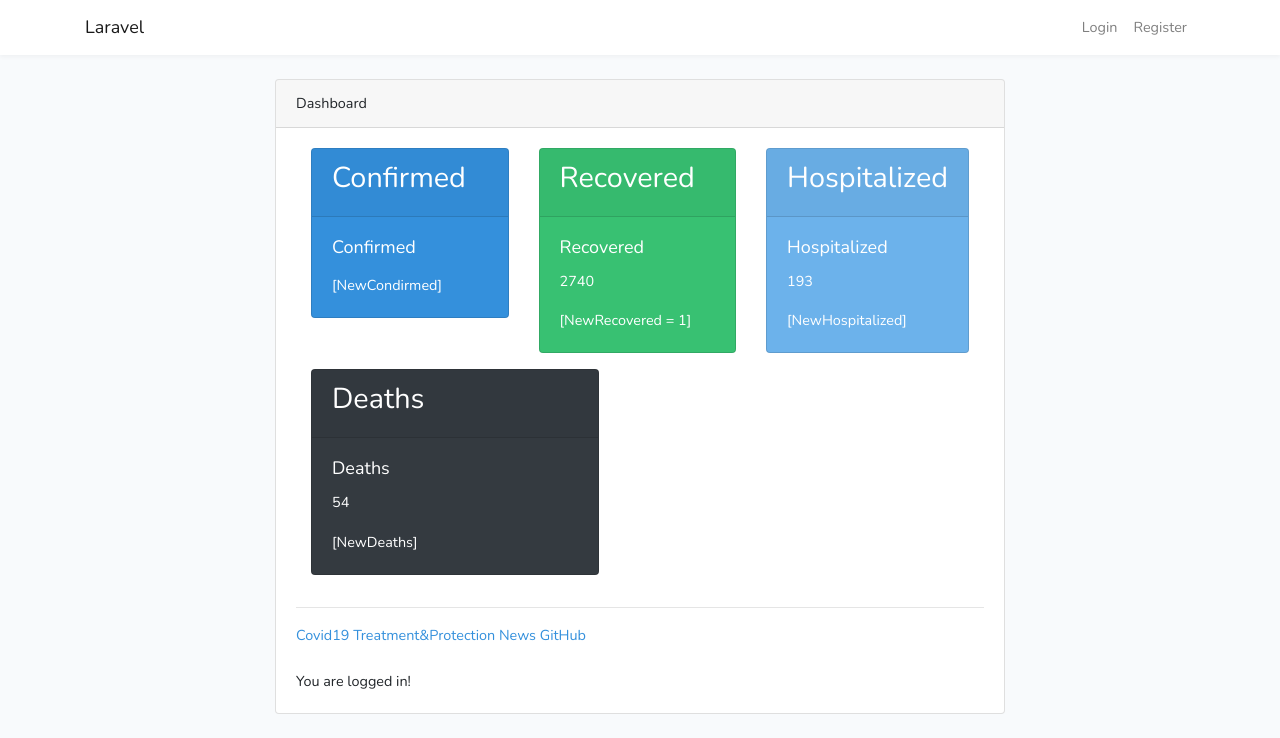
Repository: tlexDett/Covid19Ubon
Page: resources/views/home.blade.php
An editor plug-in stored every save of this project. The page is shown before and after the next save, followed by the edit.
The browser window is 1280 px wide. The pictures show the whole page.
The page is served by the project's Laravel application, run on PHP 8.4 with Laravel 8. Other server files are loaded and not shown. The template is opened directly, without the code that normally fills it, so the values that code supplies are empty.

Above is the page before, as saved 2020-05-06 15:58:13.

### Covid19Ubon/routes/web.php
<?php

/*
|--------------------------------------------------------------------------
| Web Routes
|--------------------------------------------------------------------------
|
| Here is where you can register web routes for your application. These
| routes are loaded by the RouteServiceProvider within a group which
| contains the "web" middleware group. Now create something great!
|
*/

Route::get('/', function () {
    return view('welcome');
});


Auth::routes();

// Route::get('/home', 'HomeController@index')->name('home');

Route::get('/home','ApiController@get_api');

// Route::get('/home', 'Admin.PostsController');

Route::resource('admin/posts', 'Admin\\PostsController');

### Covid19Ubon/app/Http/Controllers/Auth/LoginController.php
<?php

namespace App\Http\Controllers\Auth;

use App\Http\Controllers\Controller;
use Illuminate\Foundation\Auth\AuthenticatesUsers;

class LoginController extends Controller
{
    /*
    |--------------------------------------------------------------------------
    | Login Controller
    |--------------------------------------------------------------------------
    |
    | This controller handles authenticating users for the application and
    | redirecting them to your home screen. The controller uses a trait
    | to conveniently provide its functionality to your applications.
    |
    */

    use AuthenticatesUsers;

    /**
     * Where to redirect users after login.
     *
     * @var string
     */
    protected $redirectTo = '/admin/posts';

    /**
     * Create a new controller instance.
     *
     * @return void
     */
    public function __construct()
    {
        $this->middleware('guest')->except('logout');
    }
}

### Covid19Ubon/resources/views/home.blade.php
@extends('layouts.app')

@section('content')
<div class="container">
    <div class="row justify-content-center">
        <div class="col-md-8">
            <div class="card">
                <div class="card-header">Dashboard</div>

                <div class="card-body">
                    @if (session('status'))
                        <div class="alert alert-success" role="alert">
                            {{ session('status') }}
                        </div>
                    @endif

                <!-- --- -->
                <div class="container">
                <div class="row">
                    <div class="col-sm">
                        <div class="card text-white bg-primary  mb-3" style="max-width: 18rem;">
                        <div class="card-header"><h2>Confirmed</h2></div>
                        <div class="card-body">
                            <h5 class="card-title">Confirmed</h5>
                            <p class="card-text">


                            </p>
                            <p class="card-text">[NewCondirmed]</p>

                        </div>
                        </div>
                    </div>

                    <div class="col-sm">
                        <div class="card text-white bg-success mb-3" style="max-width: 18rem;">
                            <div class="card-header"><h2>Recovered</h2></div>
                            <div class="card-body">
                                <h5 class="card-title">Recovered</h5>
                                <p class="card-text">2740</p>
                                <p class="card-text">[NewRecovered = 1]</p>
                            </div>
                            </div>
                    </div>

                    <div class="col-sm">
                    <div class="card text-white bg-info mb-3" style="max-width: 18rem;">
                            <div class="card-header"><h2>Hospitalized</h2></div>
                            <div class="card-body">
                                <h5 class="card-title">Hospitalized</h5>
                                <p class="card-text">193</p>
                                <p class="card-text">[NewHospitalized]</p>
                            </div>
                            </div>
                    </div>

                    <div class="col-sm">
                    <div class="card text-white bg-dark mb-3" style="max-width: 18rem;">
                            <div class="card-header"><h2>Deaths</h2></div>
                            <div class="card-body">
                                <h5 class="card-title">Deaths</h5>
                                <p class="card-text">54</p>
                                <p class="card-text">[NewDeaths]</p>
                            </div>
                            </div>
                    </div>


                </div>
                </div>
                <!-- -------------card----------- -->
                <hr>
                <!-- -------------Link----------- -->
                <div class="links">

                    <!-- <a href="" type="" >Success</a> -->
                    <a href="">Covid19</a>
                    <a href="">Treatment&Protection</a>
                    <a href="">News</a>
                    <a href="">GitHub</a>
                </div>
                <!-- --- -->





                  {{$json->Confirmed}}
                  <br>

                  {{ $json->Recovered }}
                    You are logged in!
                </div>
            </div>
        </div>
    </div>
</div>
@endsection

Loaded but not shown: Covid19Ubon/app/Http/Controllers/Controller.php (common file); Covid19Ubon/resources/views/layouts/app.blade.php (common file); Covid19Ubon/public/js/app.js (library); Covid19Ubon/public/css/app.css (library)

After the next save:
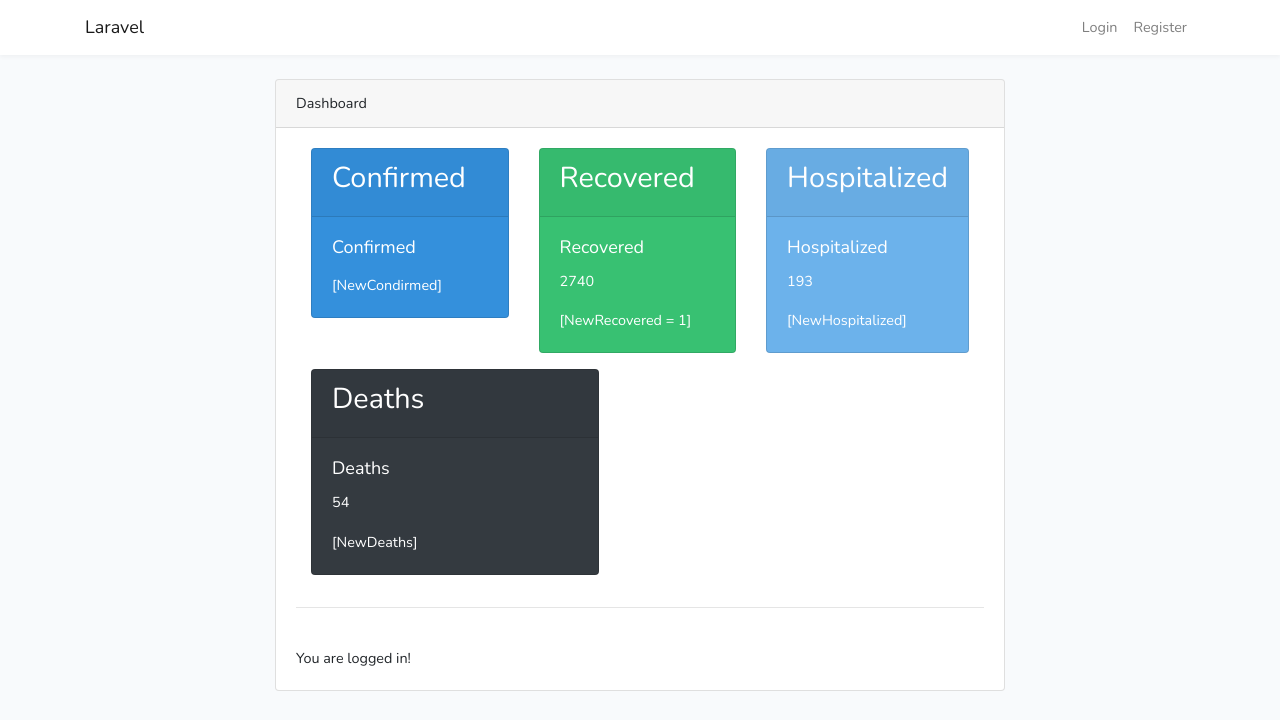
Saved 13 s later.
--- a/Covid19Ubon/resources/views/home.blade.php
+++ b/Covid19Ubon/resources/views/home.blade.php
@@ -70,15 +70,8 @@
                 </div>
                 <!-- -------------card----------- -->
                 <hr>
-                <!-- -------------Link----------- -->
-                <div class="links">
 
-                    <!-- <a href="" type="" >Success</a> -->
-                    <a href="">Covid19</a>
-                    <a href="">Treatment&Protection</a>
-                    <a href="">News</a>
-                    <a href="">GitHub</a>
-                </div>
+
                 <!-- --- -->
 
 
